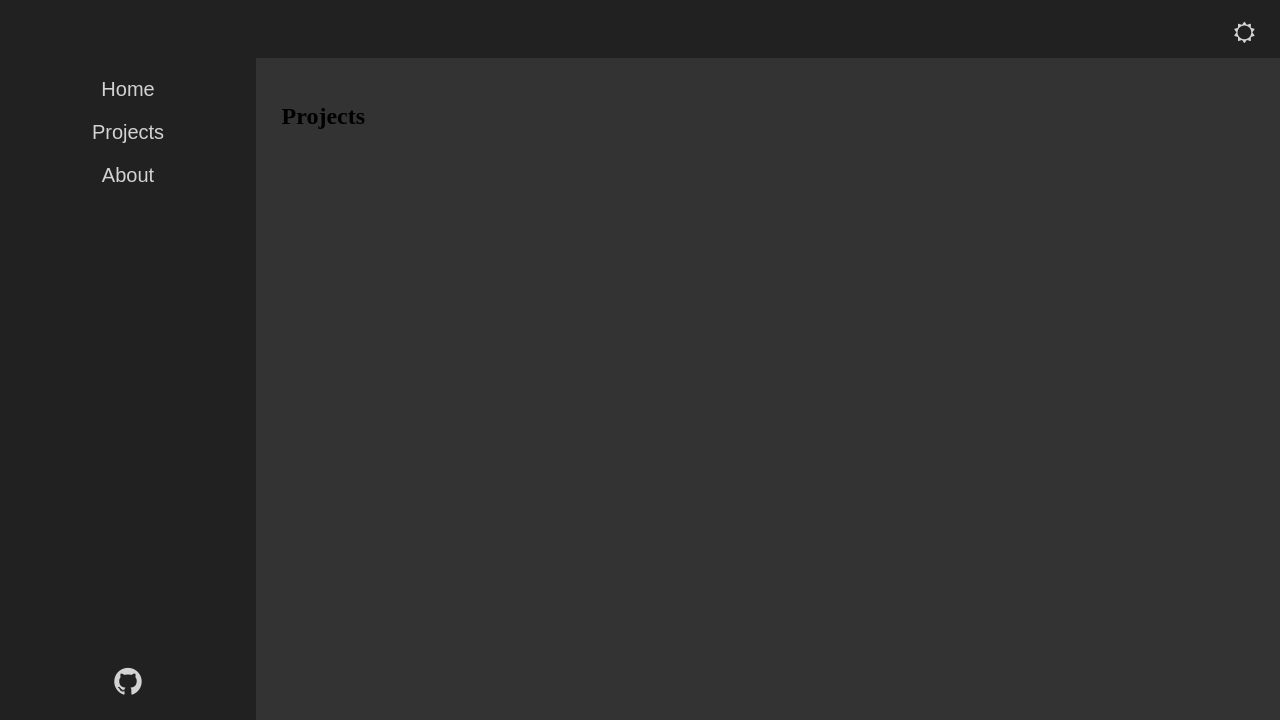
Repository: josephinel6/josephinel6.github.io
Page: index.html
These files come from the project's save history. The page is drawn as it stood at one moment and after the next save; the edit follows.
The browser window is 1280 px wide. The pictures show the whole page.

Above is the page before, as saved 2023-04-05 09:01:31.

### index.html
<!DOCTYPE html>
<html>

<head>
    <style>
        :root.light {
            --color-bg: white;
            --color-menu-text: black;
            --color-page-bg: darkgray;
            --color-obj-bg: gray;
            --color-title-text: black;
            --color-gen-text: black;
        }

        :root.dark {
            --color-bg: #212121;
            --color-menu-text: #D3D3D3;
            /* --color-page-bg: #333333;
            --color-obj-bg: #494848; */
            --color-page-bg: #333333;
            --color-obj-bg: #494848;
            --color-title-text: #D3D3D3;
            --color-gen-text: white;
            --color-menu-hover: grey;
        }

        /* :root {
            --color-bg: black;
        } */

        html,
        body {
            height: 100%;
            width: 100%;
            overflow: hidden;
            margin: 0;
            position: relative;
            /* border-color: blue;
            border-radius: 10px;
            border-style: solid; */
            padding: 0;
        }

        #menu {
            height: 100%;
            width: 20%;
            position: absolute;
            z-index: 1;
            top: 0;
            bottom: 0;
            background-color: var(--color-bg);
        }

        #topbar {
            width: 100%;
            height: 8%;
            background-color: var(--color-bg);
            position: absolute;
        }

        .menutext {
            color: var(--color-menu-text);
            font-family: sans-serif;
            font-size: 20px;
        }

        .menutext:hover {
            cursor: pointer;
            color: var(--color-menu-hover);
        }

        .fa-github {
            color: var(--color-menu-text);
        }

        .fa-github:hover {
            color: var(--color-menu-hover);
        }

        #window {
            background-color: var(--color-page-bg);
            position: absolute;
            height: 92%;
            width: 80%;
            right: 0;
            bottom: 0;
        }

        .tabcontent {
            height: 100%;
            width: 100%;
            position: absolute;

            margin-top: 2.5%;
            margin-left: 2.5%;
        }

        .projectbutton {
            /* height: 175px; */
            width: 95%;
            position: absolute;
            background-color: var(--color-obj-bg);
            border-radius: 10px;
            font-family: sans-serif;
            font-size: 30px;
        }

        .projectbutton:hover {
            cursor: pointer;
        }

        .projectbuttontitle {
            margin-left: 3%;
            margin-top: 3%;
            margin-bottom: -1.5%;
            color: var(--color-title-text);
        }

        #day-night {
            color: var(--color-menu-text);
            z-index: 2;
            position: absolute;
            top: 25px;
            right: 25px;
        }

        .projectbuttondesc {
            font-family: sans-serif;
            font-size: 20px;
            margin: 3%;
            color: var(--color-gen-text);
        }

        #day-night:hover {
            cursor: pointer;
            color: var(--color-menu-hover)
        }

        /* .fa-2x {
            height: 20px !important;
        } */
    </style>
    <link rel="stylesheet" href="https://cdnjs.cloudflare.com/ajax/libs/font-awesome/4.7.0/css/font-awesome.min.css">
    <script type="module" src="https://cdn.jsdelivr.net/gh/zerodevx/zero-md@2/dist/zero-md.min.js"></script>
    <script type="module" src="https://md-block.verou.me/md-block.js"></script>
</head>

<body>
    <div id="menu">
        <div style="position:absolute; top: 8%; width: 100%; text-align: center;">

            <p class="menutext" onclick="openpage('homepage')"> Home </p>
            <p class="menutext" onclick="openpage('projectbuttons')"> Projects </p>
            <p class="menutext" onclick="openpage('aboutpage')"> About </p>

        </div>

        <div style="position:absolute; bottom:3%; width: 100%; text-align: center;">
            <a href="https://github.com/josephinel6" class="fa fa-github fa-2x" style="text-decoration: none;"></a>
        </div>
    </div>
    <div id="topbar">
        <i onclick="daynight()" class="fa fa-sun-o fa-lg" id="day-night"></i>
    </div>
    <div id="window">
        <div id="homepage" class="tabcontent">
            <h2> Projects </h2>
        </div>
        <div id="projectbuttons" class="tabcontent">
            <div class="projectbutton" onclick="openpage('weatherAPI')">
                <h2 class="projectbuttontitle"> Weather API </h2>
                <p class="projectbuttondesc"> My first project with APIs. </p>
            </div>
        </div>
        <zero-md src="https://josephinel6.github.io/weatherAPI.md" class="tabcontent" id="weatherAPI"></zero-md>
        <div class="tabcontent" id="aboutpage">
            <zero-md src="https://josephinel6.github.io/about.md"></zero-md>
        </div>
        <script>
            var night;

            window.onload = function () {
                var night = true;
                document.documentElement.classList.remove("light")
                document.documentElement.classList.add("dark")
                window.localStorage.setItem('mode', 'dark');
                console.log("dark")
                tabcontent = document.getElementsByClassName("tabcontent");
                for (i = 0; i < tabcontent.length; i++) {
                    tabcontent[i].style.display = "none";
                }
                document.getElementById("homepage").style.display = "block";
            }

            function openpage(pageName) {
                var i, tabcontent, tablinks;
                tabcontent = document.getElementsByClassName("tabcontent");
                for (i = 0; i < tabcontent.length; i++) {
                    tabcontent[i].style.display = "none";
                }
                tablinks = document.getElementsByClassName("tablink");
                for (i = 0; i < tablinks.length; i++) {
                    tablinks[i].style.backgroundColor = "";
                }
                document.getElementById(pageName).style.display = "block";

                document.body.scrollTop = 0;
                document.documentElement.scrollTop = 0;
            }

            function daynight() {
                var daynight = document.getElementById("day-night");
                if (night == true) {
                    daynight.classList.remove("fa-sun-o");
                    daynight.classList.add("fa-moon-o");
                    night = false;
                    document.documentElement.classList.remove("dark")
                    document.documentElement.classList.add("light")
                    window.localStorage.setItem('mode', 'light');
                }
                else {
                    daynight.classList.remove("fa-moon-o");
                    daynight.classList.add("fa-sun-o");
                    night = true;
                    document.documentElement.classList.remove("light")
                    document.documentElement.classList.add("dark")
                    window.localStorage.setItem('mode', 'dark');
                }
            }
        </script>

</body>

</html>

After the next save:
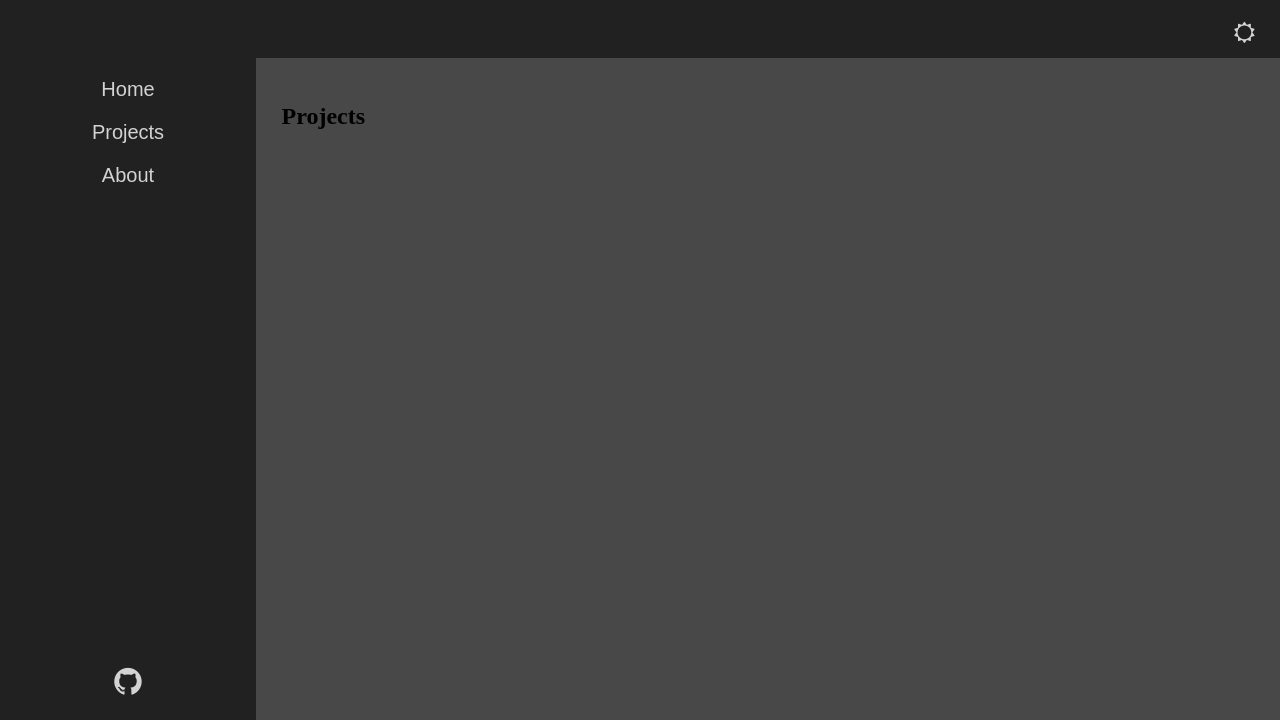
Saved 6 s later.
--- a/index.html
+++ b/index.html
@@ -17,8 +17,8 @@
             --color-menu-text: #D3D3D3;
             /* --color-page-bg: #333333;
             --color-obj-bg: #494848; */
-            --color-page-bg: #333333;
-            --color-obj-bg: #494848;
+            --color-obj-bg: #333333;
+            --color-page-bg: #494848;
             --color-title-text: #D3D3D3;
             --color-gen-text: white;
             --color-menu-hover: grey;

After the save that followed:
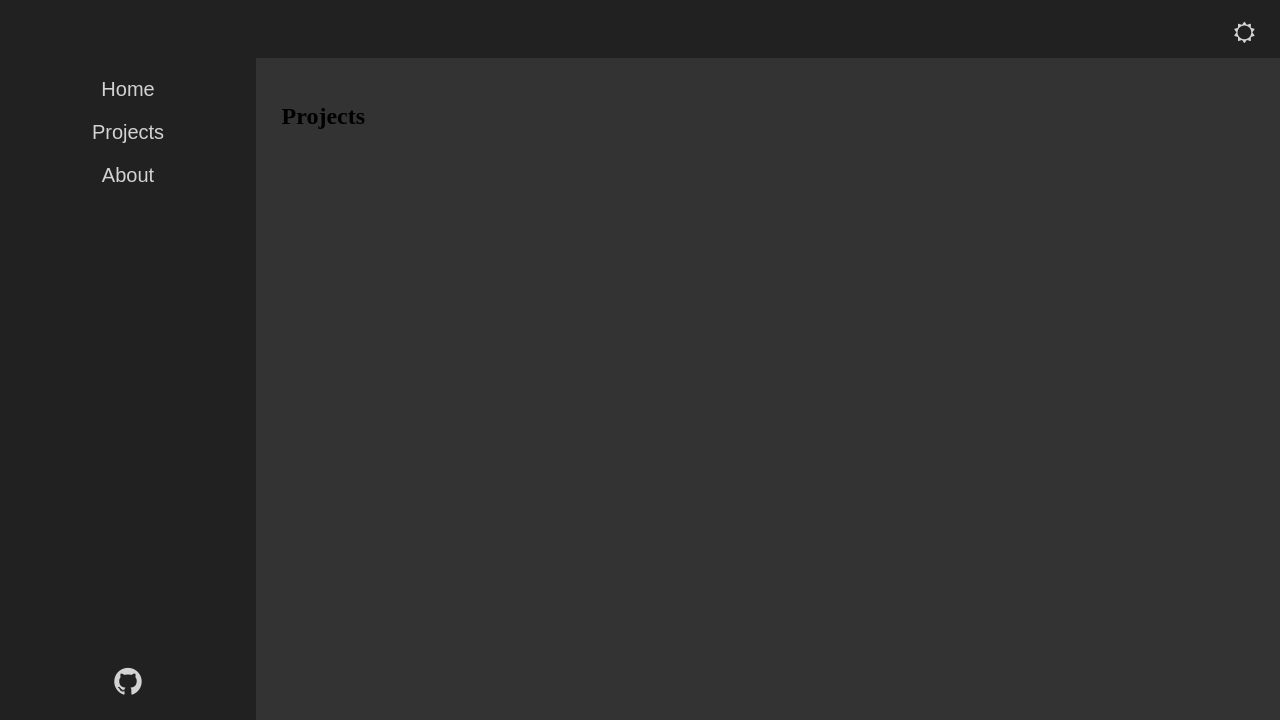
Saved 12 s later.
--- a/index.html
+++ b/index.html
@@ -15,10 +15,8 @@
         :root.dark {
             --color-bg: #212121;
             --color-menu-text: #D3D3D3;
-            /* --color-page-bg: #333333;
-            --color-obj-bg: #494848; */
-            --color-obj-bg: #333333;
-            --color-page-bg: #494848;
+            --color-page-bg: #333333;
+            --color-obj-bg: #494848;
             --color-title-text: #D3D3D3;
             --color-gen-text: white;
             --color-menu-hover: grey;
